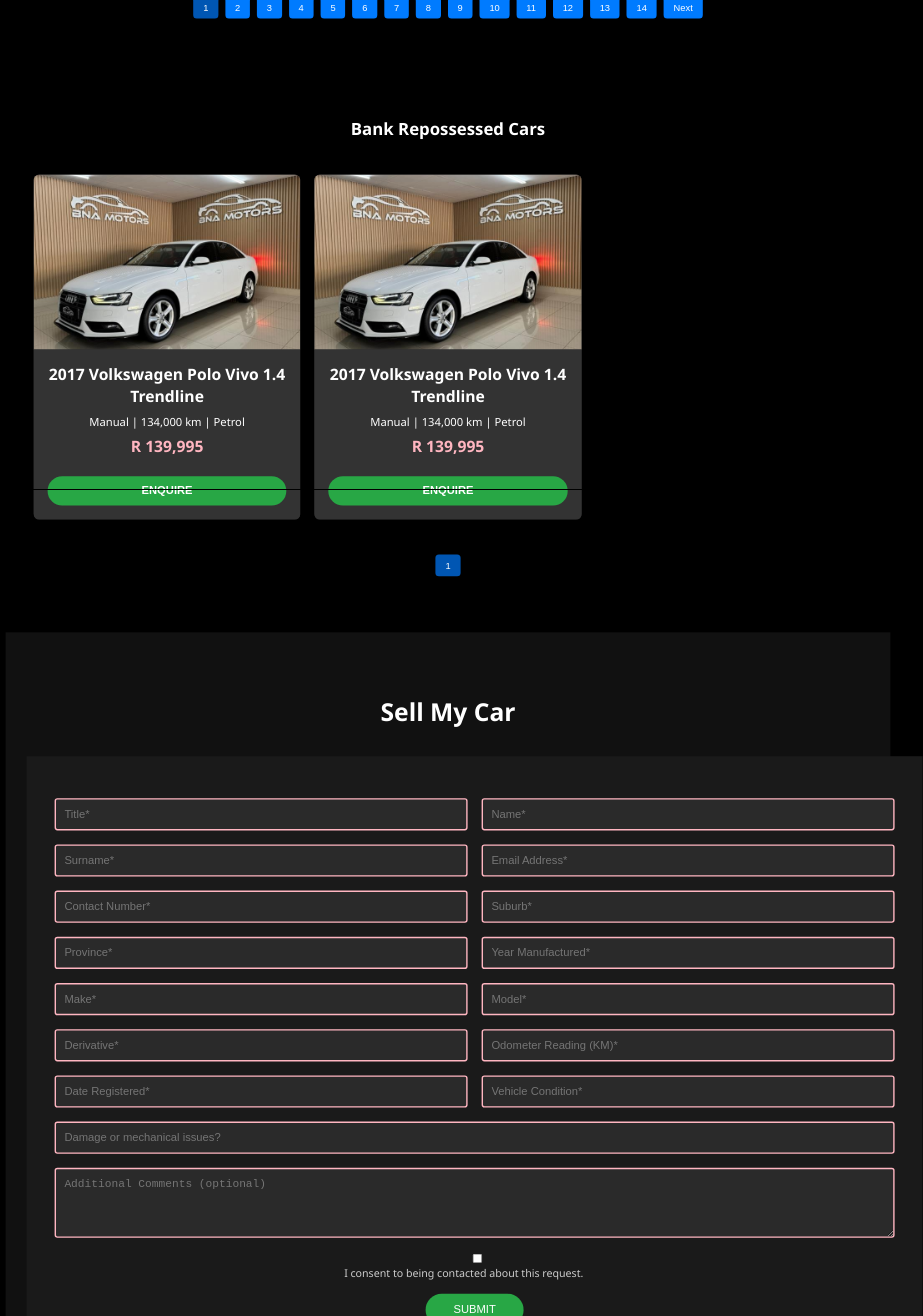
Repository: The-man-of-books/BNA2
Page: index.html
An editor plug-in stored every save of this project. The page is shown before and after the next save, followed by the edit.
The browser window is 1280 px wide. The page is 1318 px wide, so the pictures cover 1318 px, including what lies to the right of the window. The pictures show the part of the page from y = 2205 to 4085 px (the page is 9717 px tall before and 10230 px after), at 70% of full size.

Above is the page before, as saved 2025-07-02 19:11:44.
Console error: TypeError: Cannot set properties of null (setting 'innerHTML')

### index.html
<!DOCTYPE html>
<html lang="en">
<head>
  <meta charset="UTF-8" />
  <meta name="viewport" content="width=device-width, initial-scale=1.0"/>
  <title>BNA Motors</title>
  <link rel="stylesheet" href="style.css" />
  <!-- Slick Carousel CSS -->

</head>

<header class="bna-header">
  <!-- Top Logo Row -->
  <a href="#" class="logo">

      <img src="images/OPT_2.png" alt="BNA Motors Logo" />
    </a>

  <!-- Navigation Bar -->
  <nav class="main-nav">
    <ul>
      <li><a href="#">HOME</a></li>
      <li><a href="#vehicle-listings">PRE-OWNED</a></li>
      <li><a href="#sell-my-car">SELL MY CAR</a></li>
      <li><a href="#finance-application">FINANCE</a></li>
      <li><a href="#contact-us">CONTACT</a></li>
      <li><a href="#bank-repossessed-cars.html">BANK REPOSSESSED CARS</a></li>
      <li>
        <a href="https://wa.me/27783350897?text=Website%20Inquiry%20-%20Please%20Contact%20Me" target="_blank">
          WHATSAPP <img src="https://upload.wikimedia.org/wikipedia/commons/6/6b/WhatsApp.svg" alt="WhatsApp" class="whatsapp-icon" />
        </a>
      </li>
    </ul>
  </nav>

</header>
<section class="carousel">
  <div class="carousel-container">
    <ul class="carousel-track">
      <li class="carousel-slide">
        <img src="images/BNA9610-1.jpeg" alt="Car 1" />
      </li>
      <li class="carousel-slide">
        <img src="images/BNA9544-1.jpeg" alt="Car 2" />
      </li>
      <li class="carousel-slide">
        <img src="images/BNA9382-5.jpeg" alt="Car 3" />
      </li>
    </ul>
  </div>

  <button class="carousel-button carousel-button-left">&#10094;</button>
  <button class="carousel-button carousel-button-right">&#10095;</button>
</section>
<body>
<section class="hero-message">
  <div class="hero-text">
    <h1>WELCOME TO BNA MOTORS</h1>
    <div class="underline"></div>
    <p>QUALITY PRE-OWNED VEHICLES IN THE WESTERN CAPE</p>
  </div>

  <div class="hero-actions">
    <button class="compare-btn">COMPARE SELECTED VEHICLES</button>
  </div>

</section>

<section id="vehicle-listings" class="vehicle-listings">
  <h2 style="color: white; text-align: center; margin-bottom: 30px;">Available Vehicles</h2>

  <div id="mainCarGrid" class="vehicle-grid"></div>

  <div id="mainCarPagination" class="pagination"></div>

  <p id="mainCarStatus" style="color: #ffff00; text-align: center;"></p>
</section>



<section id="bank-repo" class="vehicle-listings">
  <div class="container">
    <h2 style="color: white; text-align: center; margin-bottom: 30px;">Bank Repossessed Cars</h2>

    <div id="bankRepoGrid" class="vehicle-grid"></div>

    <div id="pagination" class="pagination"></div>
  </div>
  <p id="jsonStatus" style="color: #ffff00; text-align: center;"></p>
</section>


<section id="sell-my-car" class="sell-my-car-section">
  <h2>Sell My Car</h2>
  <form action="https://formspree.io/f/YOUR_FORM_ID" method="POST" class="sell-my-car-form">
    <div class="form-row">
      <input type="text" name="title" placeholder="Title*" required>
      <input type="text" name="name" placeholder="Name*" required>
    </div>
    <div class="form-row">
      <input type="text" name="surname" placeholder="Surname*" required>
      <input type="email" name="email" placeholder="Email Address*" required>
    </div>
    <div class="form-row">
      <input type="text" name="contact" placeholder="Contact Number*" required>
      <input type="text" name="suburb" placeholder="Suburb*" required>
    </div>
    <div class="form-row">
      <input type="text" name="province" placeholder="Province*" required>
      <input type="text" name="year" placeholder="Year Manufactured*" required>
    </div>
    <div class="form-row">
      <input type="text" name="make" placeholder="Make*" required>
      <input type="text" name="model" placeholder="Model*" required>
    </div>
    <div class="form-row">
      <input type="text" name="derivative" placeholder="Derivative*" required>
      <input type="text" name="odometer" placeholder="Odometer Reading (KM)*" required>
    </div>
    <div class="form-row">
      <input type="text" name="date" placeholder="Date Registered*" required>
      <input type="text" name="condition" placeholder="Vehicle Condition*" required>
    </div>
    <div class="form-row">
      <input type="text" name="damage" placeholder="Damage or mechanical issues?" required>
    </div>
    <div class="form-row">
      <textarea name="comment" placeholder="Additional Comments (optional)"></textarea>
    </div>
    <div class="form-row checkbox-row">
      <label>
        <input type="checkbox" required>
        I consent to being contacted about this request.
      </label>
    </div>
    <div class="form-row">
      <button type="submit">SUBMIT</button>
    </div>
  </form>
</section>

<section id="finance-application" class="finance-form-section">
  <h2>Finance Application</h2>
  <form action="https://formspree.io/f/YOUR_FORM_ID" method="POST" class="finance-form">
    <!-- VEHICLE -->
    <div class="form-row">
      <label>Which Vehicle (e.g. 2010 2.0)</label>
      <input type="text" name="vehicle_description" required>
    </div>

    <!-- PERSONAL DETAILS -->
    <h3>Personal Details</h3>
    <div class="form-row">
      <select name="title" required>
        <option value="">- Select -</option>
        <option>Mr</option><option>Ms</option><option>Mrs</option>
      </select>
      <input type="text" name="surname" placeholder="Surname*" required>
      <input type="text" name="full_names" placeholder="Full Names*" required>
    </div>
    <div class="form-row">
      <input type="text" name="cell" placeholder="Cell Number*" required>
      <input type="email" name="email" placeholder="Email Address*" required>
      <input type="text" name="sex" placeholder="Sex*" required>
    </div>
    <div class="form-row">
      <input type="text" name="id_number" placeholder="ID Number*" required>
      <input type="number" name="dependants" placeholder="No. of Dependants*" required>
    </div>
    <div class="form-row">
      <select name="marital_status">
        <option value="">Not Selected</option>
        <option>Single</option><option>Married</option><option>Divorced</option>
      </select>
      <select name="marital_contract">
        <option value="">Not Selected</option>
        <option>In community</option><option>Out of community</option>
      </select>
    </div>
    <div class="form-row">
      <input type="text" name="marriage_day" placeholder="Marriage Day (dd)">
      <input type="text" name="marriage_month" placeholder="Marriage Month (mm)">
      <input type="text" name="marriage_year" placeholder="Marriage Year (yyyy)">
    </div>

    <!-- HOME ADDRESS -->
    <h3>Home Address</h3>
    <div class="form-row">
      <input type="text" name="street1" placeholder="Street 1">
      <input type="text" name="street2" placeholder="Street 2">
      <input type="text" name="street3" placeholder="Street 3">
    </div>
    <div class="form-row">
      <input type="text" name="suburb" placeholder="Suburb">
      <input type="text" name="city" placeholder="City">
      <input type="text" name="postal_code" placeholder="Postal Code">
    </div>
    <div class="form-row">
      <input type="text" name="duration_at_address" placeholder="How long have you stayed? (Years/Months)">
    </div>

    <!-- POSTAL ADDRESS -->
    <h3>Postal Address</h3>
    <div class="form-row">
      <input type="text" name="po_box1" placeholder="P.O. Box 1">
      <input type="text" name="po_box2" placeholder="P.O. Box 2">
      <input type="text" name="po_box3" placeholder="P.O. Box 3">
    </div>
    <div class="form-row">
      <input type="text" name="po_suburb" placeholder="P.O. Box Suburb">
      <input type="text" name="po_city" placeholder="P.O. Box City">
      <input type="text" name="po_postal_code" placeholder="P.O. Box Postal Code">
    </div>

    <!-- CONTACTS -->
    <div class="form-row">
      <input type="text" name="tel_home" placeholder="Telephone (Home)">
      <input type="text" name="tel_work" placeholder="Telephone (Work)">
    </div>
    <div class="form-row">
      <input type="text" name="spouse_name" placeholder="Spouse Name (if married)">
      <input type="text" name="spouse_id" placeholder="Spouse ID">
      <input type="text" name="spouse_cell" placeholder="Spouse Cell">
    </div>

    <!-- REFERENCE -->
    <h3>Reference (Not living with you)</h3>
    <div class="form-row">
      <input type="text" name="ref_name" placeholder="Name">
      <input type="text" name="ref_surname" placeholder="Surname">
      <input type="text" name="ref_cell" placeholder="Cell Number">
      <input type="text" name="ref_relationship" placeholder="Relationship">
    </div>
    <div class="form-row">
      <input type="text" name="ref_address" placeholder="Address">
    </div>

    <!-- EMPLOYMENT -->
    <h3>Employer Details</h3>
    <div class="form-row">
      <input type="text" name="employer" placeholder="Company Name">
      <input type="text" name="manager" placeholder="Manager's Name">
      <select name="occupation">
        <option value="">Occupation</option>
        <option>Clerk</option><option>Supervisor</option><option>Other</option>
      </select>
    </div>
    <div class="form-row">
      <input type="text" name="work_duration" placeholder="Time at Job (Years/Months)">
      <input type="text" name="employer_address" placeholder="Employer Address">
      <input type="text" name="employer_tel" placeholder="Employer Telephone">
    </div>
    <div class="form-row">
      <input type="text" name="pay_date" placeholder="When do you get paid?">
    </div>

    <!-- BANKING -->
    <h3>Banking Details</h3>
    <div class="form-row">
      <select name="bank">
        <option value="">Who do you bank with?</option>
        <option>ABSA</option><option>FNB</option><option>Standard Bank</option><option>Capitec Bank</option><option>Nedbank</option>
      </select>
      <select name="account_type">
        <option value="">Type of Account</option>
        <option>Cheque</option><option>Savings</option><option>Credit</option>
      </select>
    </div>
    <div class="form-row">
      <input type="text" name="branch_name" placeholder="Bank Branch Name">
      <input type="text" name="account_number" placeholder="Account Number">
      <input type="text" name="branch_number" placeholder="Branch Code">
    </div>
    <div class="form-row">
      <input type="text" name="account_holder" placeholder="Name of Account Holder">
    </div>

    <!-- INCOME & EXPENSES -->
    <h3>Income and Expenses</h3>
    <div class="form-row">
      <input type="text" name="income_before" placeholder="Income Before Deductions">
      <input type="text" name="income_after" placeholder="Income After Deductions">
      <input type="text" name="expenses_total" placeholder="Total Expenses (Rent, Food, etc)">
    </div>
    <div class="form-row">
      <textarea name="expenses_breakdown" placeholder="Breakdown: Bond, Water, Transport, Loans, Credit Cards, Food, Clothing, Insurance, etc" rows="5"></textarea>
    </div>

    <!-- AGREEMENT -->
    <div class="form-row agreement">
      <label>
        <input type="checkbox" required>
        I hereby consent to a credit check and declare all info provided is true and correct.
      </label>
    </div>

    <div class="form-row">
      <button type="submit">SUBMIT</button>
    </div>
  </form>
</section>

<section id="contact-us" class="contact-form-section">
  <h2>Contact Us</h2>

  <div class="contact-info">
    <h3>Contact Details</h3>
    <ul>
      <li><strong>Tel:</strong> 087 510 0928 / 0783350897</li>
      <li><strong>Website:</strong> <a href="http://www.bnamotors.co.za" target="_blank">www.bnamotors.co.za</a></li>
      <li><strong>Email:</strong> <a href="mailto:bnamotorssales@gmail.com">bnamotorssales@gmail.com</a></li>
      <li><strong>Address:</strong> 255 Voortrekker Road, Goodwood; 374 Voortrekker Road, Parow; 402 Voortrekker Road, Parow, Cape Town, 7500</li>
      <li><strong>Postal:</strong> 402 Voortrekker Road, Parow, Cape Town, 7500</li>
    </ul>

    <h3>Business Hours</h3>
    <ul>
      <li><strong>Vehicle and Parts Sales:</strong> Monday to Friday - 08:00 to 18:00</li>
      <li><strong>Saturdays:</strong> 08:00 to 14:00</li>
      <li><strong>Public Holidays:</strong> 08:00 to 14:00</li>
      <li><strong>Sundays:</strong> Closed</li>
    </ul>
  </div>

  <form action="https://formspree.io/f/YOUR_FORM_ID" method="POST" class="contact-form">
    <h3>Contact Form</h3>

    <div class="form-row">
      <input type="text" name="name" placeholder="Name*" required>
      <input type="text" name="surname" placeholder="Surname*" required>
    </div>
    <div class="form-row">
      <input type="tel" name="telephone" placeholder="Telephone*" required>
      <input type="email" name="email" placeholder="Email*" required>
    </div>
    <div class="form-row">
      <textarea name="comments" placeholder="Comments*" required></textarea>
    </div>

    <div class="form-row">
      <label for="contact-method">Preferred Contact Method:</label>
      <select name="preferred_contact_method" id="contact-method">
        <option value="phone">Phone (call)</option>
        <option value="email">Email</option>
      </select>
    </div>

    <div class="form-row">
      <label>
        <input type="checkbox" name="consent" required>
        I hereby give my consent to all related parties for the collection and use of this information.
      </label>
    </div>

    <div class="form-row">
      <button type="submit">SUBMIT</button>
    </div>
  </form>

  <h3>Branch Details</h3>
  <div class="branch-details">
    <ul>
      <li>
        <strong>374 Voortrekker Road</strong><br>
        Address: 374 Voortrekker Road, Parow, Cape Town, 7501<br>
        Contact: 087 510 0928
      </li>
      <li>
        <strong>403 Voortrekker Road</strong><br>
        Address: 403 Voortrekker Road, Parow, Cape Town, 7500<br>
        Contact: 087 510 0928
      </li>
      <li>
        <strong>255 Voortrekker Road</strong><br>
        Address: 255 Voortrekker Road, Goodwood, Cape Town, 7460<br>
        Contact: 087 510 0928
      </li>
    </ul>
  </div>

  <h3>Sales Department Contacts</h3>
  <ul>
    <li><strong>Rushion Saralina (Sales Manager)</strong><br>Tel: 087 510 0928 | Cell: 078 335 0897 | Email: <a href="mailto:bnamotorssales@gmail.com">bnamotorssales@gmail.com</a></li>
    <li><strong>Marthernic Swartz (Sales Executive)</strong><br>Tel: 073 469 7077 | Cell: 060 492 5793 | Email: <a href="mailto:mswartz@bnamotors.co.za">mswartz@bnamotors.co.za</a></li>
  </ul>
</section>

<footer class="footer">
  <div class="footer-content">
    <div class="footer-logo">
      <img src="images/BNA_FOOTER_LOGO_V1.png" alt="BNA Motors" />
    </div>
    <div class="footer-info">
      <ul>
        <li><strong>Contact:</strong> 078 335 0897 / 087 510 0928</li>
        <li><strong>Email:</strong> <a href="mailto: bnamotorssales@gmail.com">bnamotorssales@gmail.com</a></li>
        <li><strong>Address:</strong> 255 Voortrekker Road, Goodwood; 374 Voortrekker Road, Parow; 402 Voortrekker Road, Parow, Cape Town, 7500</li>
        <li><strong>Website:</strong> <a href="http://www.bnamotors.co.za" target="_blank">www.bnamotors.co.za</a></li>
      </ul>
    </div>
    <div class="footer-social">
      <a href="https://www.facebook.com/share/1Nx6f48hyD/" target="_blank">Facebook</a> |
      <a href="#" target="_blank">Instagram</a> |
      <a href="#" target="_blank">Twitter</a>
    </div>
  </div>
  <div class="footer-bottom">
    <p>&copy; 2025 BNA Motors. All Rights Reserved.</p>
  </div>
</footer>

<script src="script.js"></script>

<!-- Place this in your HTML where the cards should load -->
<div id="bankRepoGrid" class="vehicle-grid"></div>
<p id="statusMsg" style="text-align:center;color:orange;"></p>

<script>
document.addEventListener("DOMContentLoaded", () => {
  const grid = document.getElementById("bankRepoGrid");
  const status = document.getElementById("statusMsg");

  fetch('bank-repo-cars.json')
    .then(res => {
      if (!res.ok) throw new Error("JSON file not found");
      return res.json();
    })
    .then(cars => {
      if (!Array.isArray(cars)) throw new Error("Invalid JSON format");
      if (cars.length === 0) {
        status.textContent = "No repossessed cars listed yet.";
        return;
      }

      cars.forEach(car => {
        const card = `
          <div class="vehicle-card">
            <img src="${car.image}" alt="${car.title}" />
            <div class="vehicle-info">
              <h3>${car.title}</h3>
              <p>${car.desc}</p>
              <p class="price">${car.price}</p>
              <button class="enquire-btn">ENQUIRE</button>
            </div>
          </div>
        `;
        grid.innerHTML += card;
      });

      status.textContent = "✔ Cars loaded";
    })
    .catch(err => {
      status.textContent = `❌ Failed: ${err.message}`;
      console.error(err);
    });
});
</script>

<!-- jQuery + Slick Carousel JS -->
<script src="https://code.jquery.com/jquery-3.6.0.min.js"></script>
<script src="https://cdn.jsdelivr.net/npm/slick-carousel@1.8.1/slick/slick.min.js"></script>

<script>
  document.addEventListener("DOMContentLoaded", () => {
  const grid = document.getElementById("carGrid");
  const pagination = document.getElementById("pagination");
  const carsPerPage = 6;
  let currentPage = 1;
  let allCars = [];

  fetch('bank-repo-cars.json')
    .then(res => res.json())
    .then(data => {
      allCars = data;
      renderPage(currentPage);
      renderPagination();
    })
    .catch(err => {
      grid.innerHTML = "<p style='color:red;'>❌ Failed to load cars.</p>";
      console.error(err);
    });

  function renderPage(page) {
    grid.innerHTML = '';
    const start = (page - 1) * carsPerPage;
    const end = start + carsPerPage;
    const pageCars = allCars.slice(start, end);

    pageCars.forEach(car => {
      const card = document.createElement('div');
      card.className = 'vehicle-card';
      card.innerHTML = `
        <img src="${car.image}" alt="${car.title}" />
        <div class="vehicle-info">
          <h3>${car.title}</h3>
          <p>${car.desc}</p>
          <p class="price">${car.price}</p>
          <button class="enquire-btn">ENQUIRE</button>
        </div>
      `;
      grid.appendChild(card);
    });
  }

  function renderPagination() {
    pagination.innerHTML = '';
    const totalPages = Math.ceil(allCars.length / carsPerPage);

    for (let i = 1; i <= totalPages; i++) {
      const btn = document.createElement('button');
      btn.textContent = i;
      if (i === currentPage) btn.classList.add('active');
      btn.addEventListener('click', () => {
        currentPage = i;
        renderPage(currentPage);
        renderPagination();
      });
      pagination.appendChild(btn);
    }

    // Add next button
    if (currentPage < totalPages) {
      const nextBtn = document.createElement('button');
      nextBtn.textContent = 'Next';
      nextBtn.addEventListener('click', () => {
        currentPage++;
        renderPage(currentPage);
        renderPagination();
      });
      pagination.appendChild(nextBtn);
    }
  }
});

</script>

<form id="enquiryForm" action="https://formspree.io/f/your_form_id" method="POST" style="display: none;">
  <input type="hidden" name="vehicle" id="vehicleName">
  <input type="text" name="name" placeholder="Your Name" required>
  <input type="email" name="email" placeholder="Your Email" required>
  <textarea name="message" placeholder="Your message" required></textarea>
  <button type="submit">Send Enquiry</button>
</form>


<!-- WhatsApp Floating Button -->
<a href="https://wa.me/27783350897?text=Hi%20BNA%20Motors,%20I'm%20interested%20in%20a%20vehicle."
   class="whatsapp-float"
   target="_blank"
   aria-label="Chat on WhatsApp">
  <img src="https://upload.wikimedia.org/wikipedia/commons/6/6b/WhatsApp.svg" alt="WhatsApp" />
</a>

</body>
</html>

### bank-repo-cars.json
[
  {
    "title": "2017 Volkswagen Polo Vivo 1.4 Trendline",
    "desc": "Manual | 134,000 km | Petrol",
    "price": "R 139,995",
    "image": "images/BNA9122-11.jpeg"
  }
]

Loaded but not shown: cars.json (468 lines, source omitted); script.js (195 lines, source omitted); style.css (915 lines, source omitted)

After the next save:
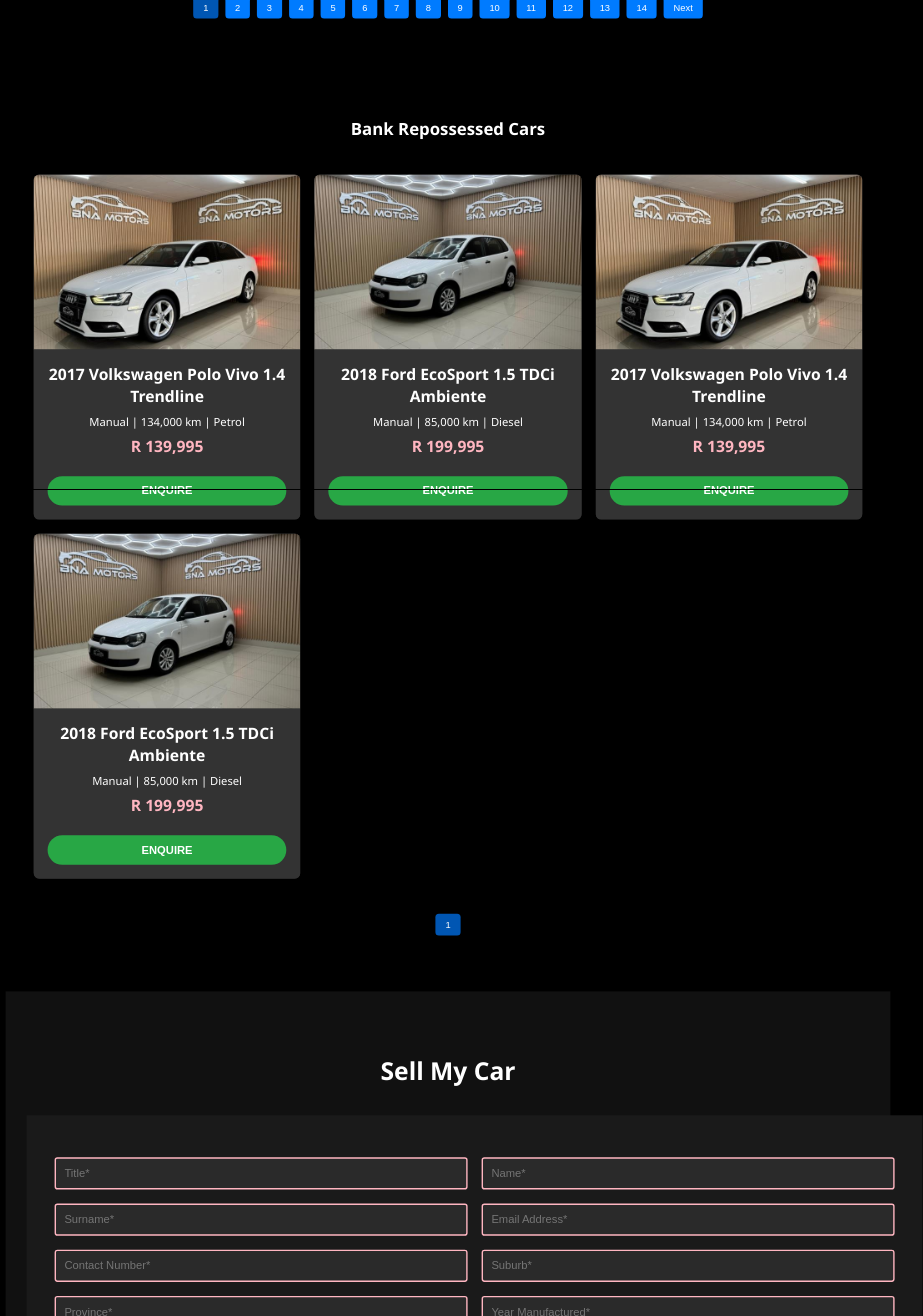
Saved 2 min 11 s later.
--- a/bank-repo-cars.json
+++ b/bank-repo-cars.json
@@ -4,5 +4,11 @@
     "desc": "Manual | 134,000 km | Petrol",
     "price": "R 139,995",
     "image": "images/BNA9122-11.jpeg"
+  },
+  {
+    "title": "2018 Ford EcoSport 1.5 TDCi Ambiente",
+    "desc": "Manual | 85,000 km | Diesel",
+    "price": "R 199,995",
+    "image": "images/BNA9670-1.jpeg"
   }
 ]
